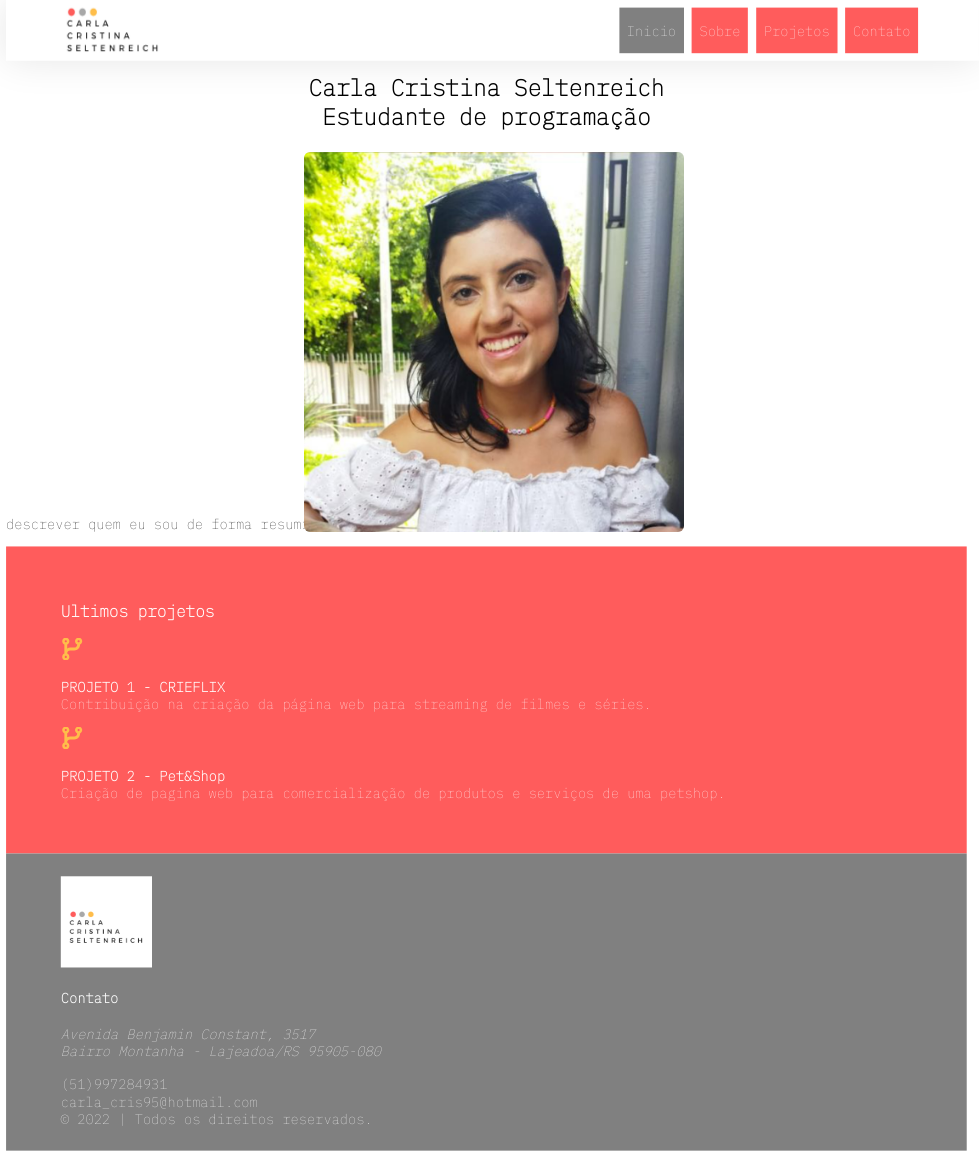
Repository: carla-seltenreich/portfolio
Page: index.html
These files come from the project's save history. The page is drawn as it stood at one moment and after the next save; the edit follows.
The browser window is 1280 px wide. The page is 1288 px wide, so the pictures cover 1288 px, including what lies to the right of the window. The pictures show the whole page, at 76% of full size.

Above is the page before, as saved 2022-05-24 22:44:04.

### index.html
<!DOCTYPE html>
<html lang="en">

<head>
    <meta charset="UTF-8">
    <meta http-equiv="X-UA-Compatible" content="IE=edge">
    <meta name="viewport" content="width=device-width, initial-scale=1.0">
    <title>Carla Cristina Seltenreich</title>
    <link rel="preconnect" href="https://fonts.googleapis.com">
    <link rel="preconnect" href="https://fonts.gstatic.com" crossorigin>
    <link rel="stylesheet" href="style.css">

    <link href="preconnect" href="https://fonts.googleapis.com">
    <link rel="preconnect" href="https://fonts.gstatic.com" crossorigin>
    <link href="https://fonts.googleapis.com/css2?family=IBM+Plex+Mono:wght@100&family=Questrial&display=swap"
        rel="stylesheet">
</head>

<body>
    <header class="header">
        <div class="container header-container">
            <img src="Carla cristina sELTENREICH.jpg" alt="logo" class="brand">
            <ul class="nav">
                <li>
                    <a href="index.html" class="active">Inicio</a>
                </li>
                <li>
                    <a href="about.html">Sobre</a>
                </li>
                <li>
                    <a href="project.html">Projetos</a>
                </li>
                <li>
                    <a href="contact.html">Contato</a>
                </li>
            </ul>
        </div>
    </header>
    <div class="name">
        <h1 class="name-title">
            Carla Cristina Seltenreich<br>
            Estudante de programação
        </h1>
    </div>
    </header>
    <section class="banner">
        <img class="photo-banner" src="carla.png">
    </section>
    <section class="about-home">
        <div class="text-about-home">
            <br>
            <br>
            <br>
            <br>
            <br>
            <br>
            <br>
            <br>
            <br>
            <br>
            <br>
            <br>
            <br>
            <br>
            <br>
            <br>
            <br>
            <br>
            <br>
            <br>
            <title>QUEM SOU EU</title>
            <P>descrever quem eu sou de forma resumida</P>
        </div>
    </section>
    <section class="lastest-projects-home">
        <div class="container">
            <h3>Ultimos projetos</h3>
            <img src="code-branch-solid.svg" alt="logo-project" class="logo-project">
            <p><strong>PROJETO 1 - CRIEFLIX</strong><br>
                Contribuição na criação da página web para streaming de filmes e séries.</p>
            <img src="code-branch-solid.svg" alt="logo-project" class="logo-project">
            <p><strong>PROJETO 2 - Pet&Shop</strong><br>
                Criação de pagina web para comercialização de produtos e serviços de uma petshop.<br>
            </p>
        </div>

    </section>
    <footer class="footer">
        <div class="container">
            <img src="Carla cristina sELTENREICH.png" alt="logo" class="brand">
            <div class="footer-container">
                <div class="footer-contact">
                    <h4>Contato</h4>

                    <address>Avenida Benjamin Constant, 3517 <br />Bairro Montanha - Lajeadoa/RS 95905-080
                    </address>
                    <a href="#">(51)997284931</a>
                    <a href="#">carla_cris95@hotmail.com</a>
                </div>

                <div class="footer-social-medias">

                </div>
                <div class="copyright">© 2022 | Todos os direitos reservados.</div>
            </div>
    </footer>
</body>

</html>

### style.css
body {
    font-family: 'IBM Plex Mono';
    font-size: 18px;
    padding-top: 60px;
}

.container {
    max-width: 1120px;
    margin: 0 auto;
}
.header {
    background: #fff;
    position: absolute;
    width: 100%;
    top: 0;
    z-index: 1;
    padding: 10px 0;
    box-shadow: 0 0 50px rgba(0, 0, 0, 0.1);
    box-sizing: border-box;
    align-items: center;
}

.header-container {
    display: flex;
    justify-content: space-between;
}

.brand {
    max-width: 120px;
}

.nav {
    margin: 0;
    padding: 0;
    list-style: none;
}
.nav li {
    background-color: #ff5c5c;
    display: inline-block;
}
.nav a {
    color: #fff;
    display: block;
    height: 20px;
    padding: 20px 10px;
    text-decoration: none;
}
.nav a:hover {
    color: gray;

}
.nav a.active {
    color: #fff;
    background: gray;
}
.name {
    padding: 7px;
}
.name-title {
    text-align: center;
    font-size: 30px;
}


.photo-banner {
    background-color: #ff5c5c;
    position: absolute;
    width: 500px;
    left: 400px;
    top: 200px;
    border-radius: 8px;
}
.lastest-projects-home {
    background-color: #ff5c5c;
    color: #fff;
    padding: 50px;
    position: center;
}
.logo-project {
    width: 30px;
    height: 30px;
}

.footer {
    color: #fff;
    background: grey;
    padding: 30px 0;
}

.footer-container {
    display: block;
    justify-content: center;
}
.footer-contact a {
    display: block;
    color: #fff;
    text-decoration: none;
}

.footer-social-medias {

}

.footer-contact address {
    margin-bottom: 20px;
}

### code-branch-solid.svg
<svg xmlns="http://www.w3.org/2000/svg" viewBox="0 0 448 512"><!--! Font Awesome Pro 6.1.1 by @fontawesome - https://fontawesome.com License - https://fontawesome.com/license (Commercial License) Copyright 2022 Fonticons, Inc. --><path fill= "#ffbd4a" d="M160 80C160 112.8 140.3 140.1 112 153.3V241.1C130.8 230.2 152.7 224 176 224H272C307.3 224 336 195.3 336 160V153.3C307.7 140.1 288 112.8 288 80C288 35.82 323.8 0 368 0C412.2 0 448 35.82 448 80C448 112.8 428.3 140.1 400 153.3V160C400 230.7 342.7 288 272 288H176C140.7 288 112 316.7 112 352V358.7C140.3 371 160 399.2 160 432C160 476.2 124.2 512 80 512C35.82 512 0 476.2 0 432C0 399.2 19.75 371 48 358.7V153.3C19.75 140.1 0 112.8 0 80C0 35.82 35.82 0 80 0C124.2 0 160 35.82 160 80V80zM80 104C93.25 104 104 93.25 104 80C104 66.75 93.25 56 80 56C66.75 56 56 66.75 56 80C56 93.25 66.75 104 80 104zM368 56C354.7 56 344 66.75 344 80C344 93.25 354.7 104 368 104C381.3 104 392 93.25 392 80C392 66.75 381.3 56 368 56zM80 456C93.25 456 104 445.3 104 432C104 418.7 93.25 408 80 408C66.75 408 56 418.7 56 432C56 445.3 66.75 456 80 456z"/></svg>

After the next save:
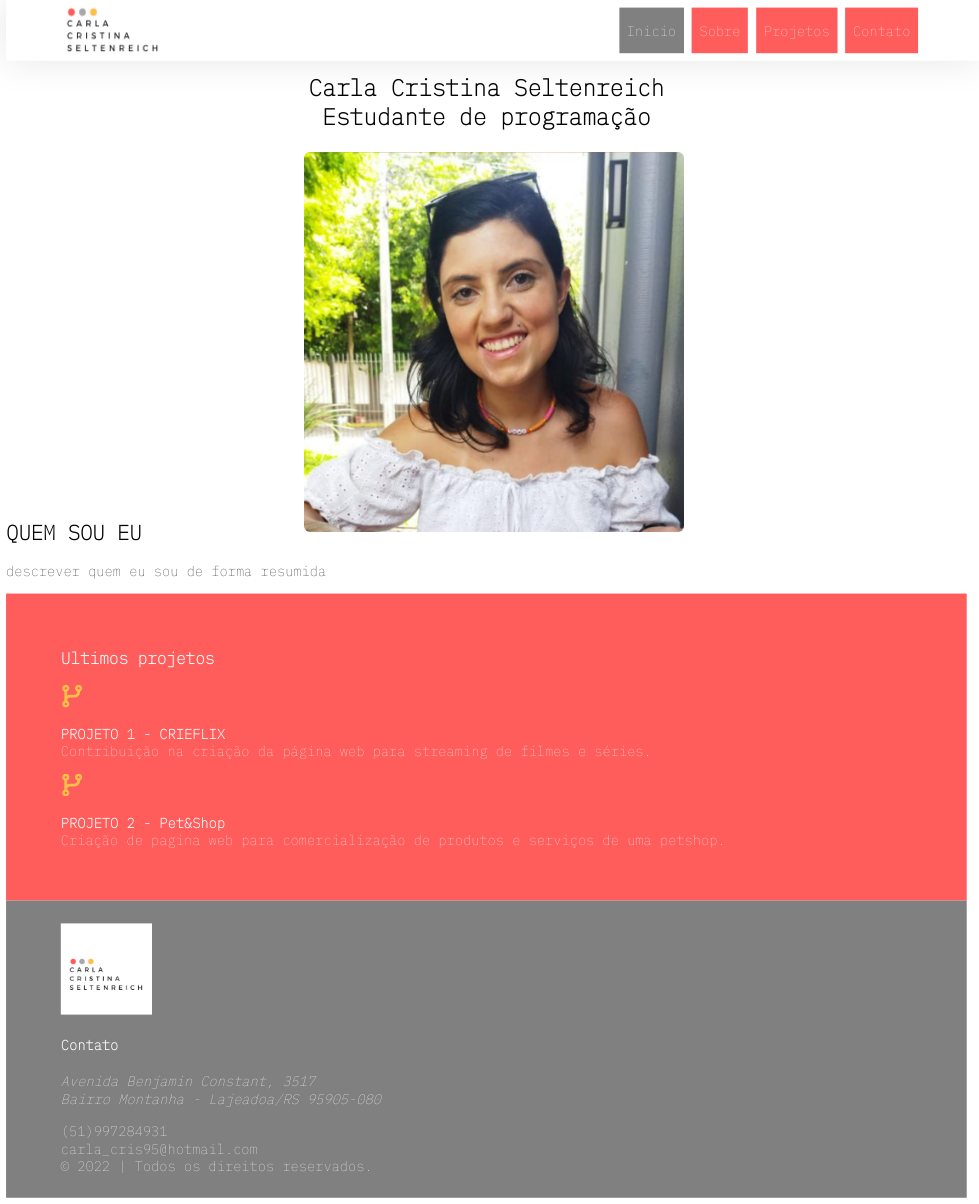
Saved 40 s later.
--- a/index.html
+++ b/index.html
@@ -68,7 +68,7 @@
             <br>
             <br>
             <br>
-            <title>QUEM SOU EU</title>
+            <h1>QUEM SOU EU</h1>
             <P>descrever quem eu sou de forma resumida</P>
         </div>
     </section>
